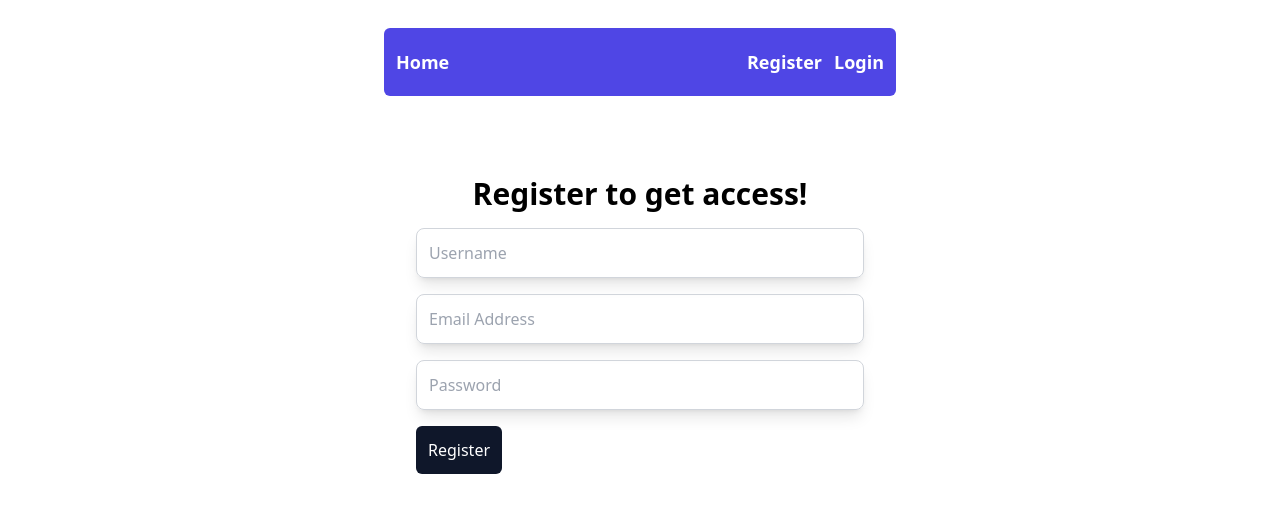
Repository: SolomDev00/TodoApp
Page: /register
These files come from the project's save history. The page is drawn as it stood at one moment and after the next save; the edit follows.
The browser window is 1280 px wide. The pictures show the whole page.
The project was rebuilt for these pictures with package versions that can differ from the ones it lists, and the page was loaded fresh each time. Also part of the build but not shown: vite.config.ts, src/components/auth/ProtectedRoute.tsx, src/pages/PageNotFound.tsx, src/components/errors/ErrorHandler.tsx, src/components/TodoList.tsx, src/pages/index.tsx, src/pages/Login.tsx, src/components/InputErrorMessage.tsx.

Above is the page before, as saved 2023-12-01 16:39:49.

After the next save:
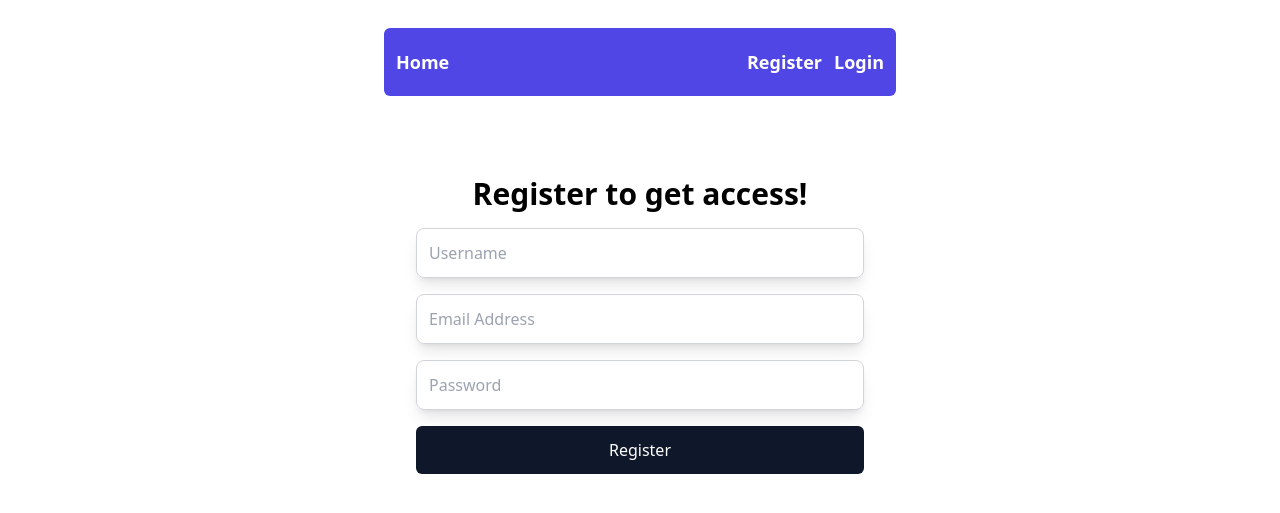
Saved 11 s later.
--- a/src/pages/Register.tsx
+++ b/src/pages/Register.tsx
@@ -41,7 +41,7 @@ const RegisterPage = () => {
       </h2>
       <form className="space-y-4" onSubmit={handleSubmit(onSubmit)}>
         {renderRegisterForm}
-        <Button>Register</Button>
+        <Button fullWidth>Register</Button>
       </form>
     </div>
   );
